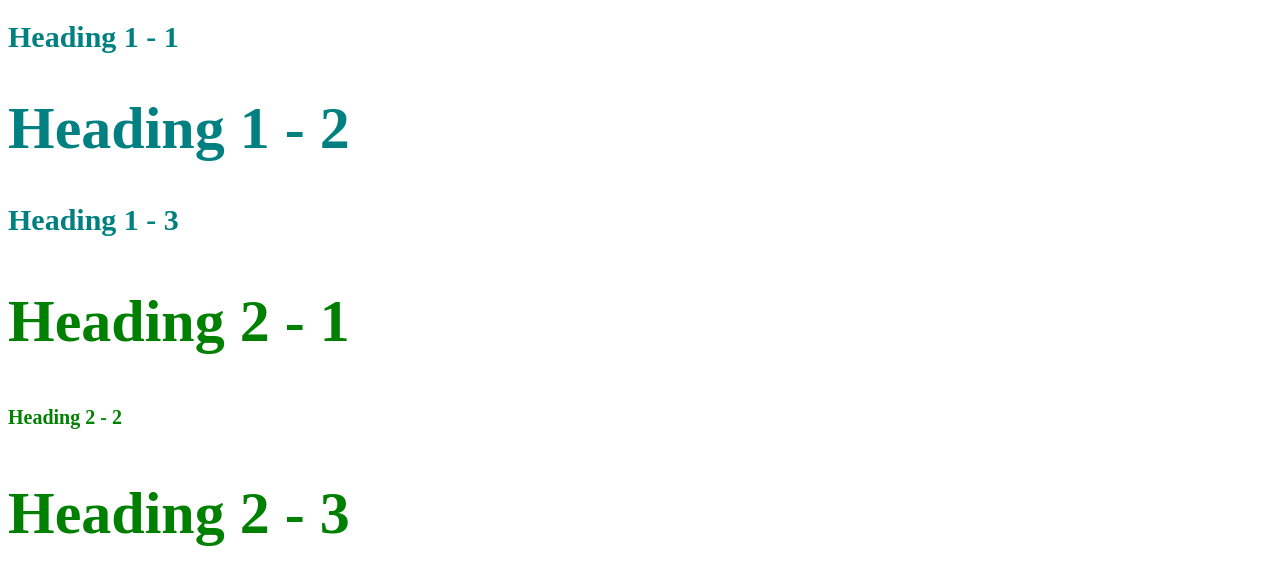
Repository: alcarrizo/Cartoon-Hero
Page: style-test.html
These files come from the project's save history. The page is drawn as it stood at one moment and after the next save; the edit follows.
The browser window is 1280 px wide. The pictures show the whole page.

Above is the page before, as saved 2022-10-03 14:19:25.

### style-test.html
<!DOCTYPE html>
<html lang="en">
<head>
    <meta charset="UTF-8">
    <meta http-equiv="X-UA-Compatible" content="IE=edge">
    <meta name="viewport" content="width=device-width, initial-scale=1.0">
    <title>style-test page</title>
    <style type="text/css">
        h1{
            font-size: 30px;
            color:teal;
        }
        h2{
            font-size: 20px;
            color: red;
        }
        h2{
            color: green;
        }
        .big{
            font-size: 60px;

        }
    </style>
</head>
<body>
    <h1>Heading 1 - 1</h1>
    <h1 class="big">Heading 1 - 2</h1>
    <h1>Heading 1 - 3</h1>
    <h2 class="big">Heading 2 - 1</h2>
    <h2>Heading 2 - 2</h2>
    <h2 class="big">Heading 2 - 3</h2>

</body>
</html>

After the next save:
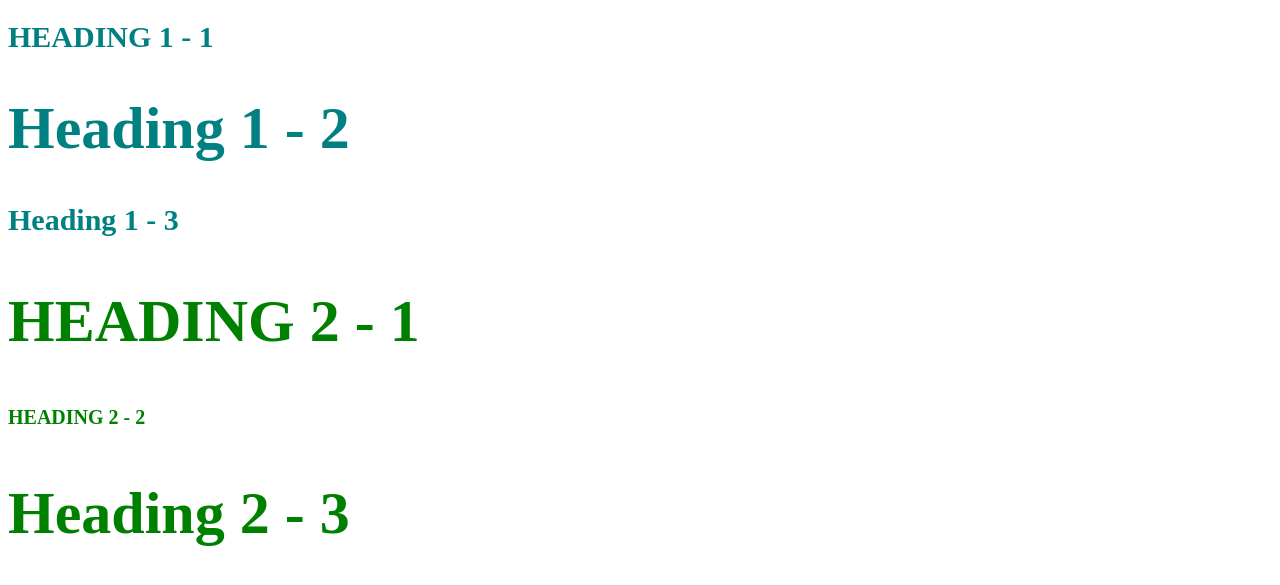
Saved 46 s later.
--- a/style-test.html
+++ b/style-test.html
@@ -21,14 +21,17 @@
             font-size: 60px;
 
         }
+        .uppercase{
+            text-transform: uppercase;
+        }
     </style>
 </head>
 <body>
-    <h1>Heading 1 - 1</h1>
+    <h1 class="uppercase">Heading 1 - 1</h1>
     <h1 class="big">Heading 1 - 2</h1>
     <h1>Heading 1 - 3</h1>
-    <h2 class="big">Heading 2 - 1</h2>
-    <h2>Heading 2 - 2</h2>
+    <h2 class="big uppercase">Heading 2 - 1</h2>
+    <h2 class="uppercase">Heading 2 - 2</h2>
     <h2 class="big">Heading 2 - 3</h2>
 
 </body>
